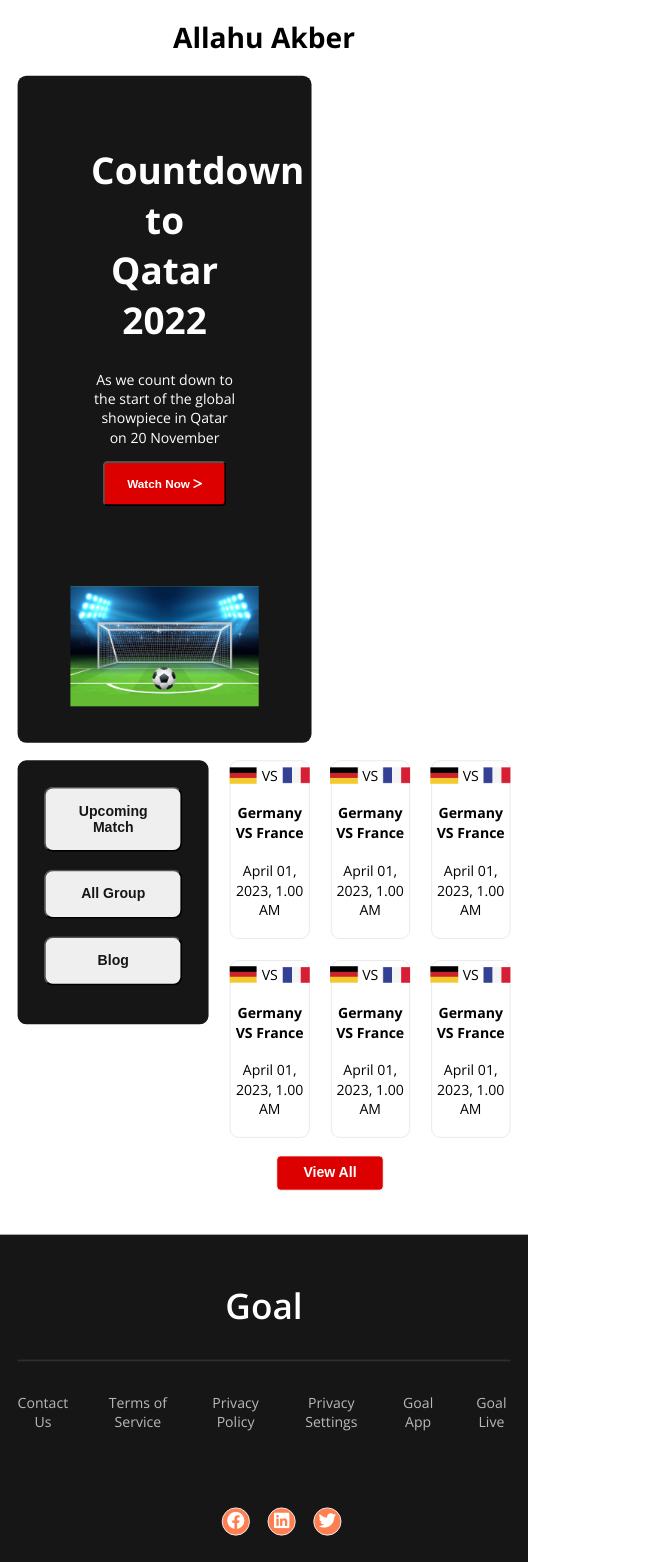
Repository: zjria/Qatar-world-cup
Page: match.html
These files come from the project's save history. The page is drawn as it stood at one moment and after the next save; the edit follows.
The browser window is 600 px wide. The page is 750 px wide, so the pictures cover 750 px, including what lies to the right of the window. The pictures show the whole page, at 88% of full size.

Above is the page before, as saved 2022-09-10 11:28:04.

### match.html
<!DOCTYPE html>
<html lang="en">

<head>
    <meta charset="UTF-8">
    <meta http-equiv="X-UA-Compatible" content="IE=edge">
    <meta name="viewport" content="width=device-width, initial-scale=1.0">
    <title>QATAR WORLD CUP</title>
    <!-- Font Awesome CDN Link -->
    <link rel="stylesheet" href="https://cdnjs.cloudflare.com/ajax/libs/font-awesome/6.2.0/css/all.min.css"
        integrity="sha512-xh6O/CkQoPOWDdYTDqeRdPCVd1SpvCA9XXcUnZS2FmJNp1coAFzvtCN9BmamE+4aHK8yyUHUSCcJHgXloTyT2A=="
        crossorigin="anonymous" referrerpolicy="no-referrer" />
    <!-- Font Awesome CDN Link -->
    <link rel="stylesheet" href="https://cdnjs.cloudflare.com/ajax/libs/font-awesome/6.2.0/css/all.min.css"
        integrity="sha512-xh6O/CkQoPOWDdYTDqeRdPCVd1SpvCA9XXcUnZS2FmJNp1coAFzvtCN9BmamE+4aHK8yyUHUSCcJHgXloTyT2A=="
        crossorigin="anonymous" referrerpolicy="no-referrer" />
    <!-- Custom CSS -->
    <link rel="stylesheet" href="style.css">

</head>

<body>
    <h1 style="text-align:center;">Allahu Akber</h1>


    <!-- Header Section -->
    <header class="header-container">

        <div class="header-text">
            <h1>Countdown to Qatar 2022</h1>
            <p>As we count down to the start of the global showpiece in Qatar on 20 November</p>
            <button>Watch Now <i class="fa-solid fa-greater-than"></i> </button>
        </div>

        <div class="header-img">
            <marquee behavior="alternate" scrollamount="0" direction="">
                <marquee behavior="alternate" scrollamount="0" direction="">
                    <img src="images/Ball.png" class="ball" alt="">
                </marquee>

            </marquee>

        </div>


    </header>


    <!-- Nav Section start HTML -->
    <div class="nav-container">
        <nav class="nav-section">
            <div class="all-button">
                <button><a href="#">Upcoming Match</a></button>
                <button><a href="#">All Group</a></button>
                <button><a href="#">Blog</a></button>
            </div>
        </nav>

        <!-- Main Section Start HTML  -->
        <main class="main-section">

            <div class="transfer">
                <div class="match-vs">
                    <img id="img-style" src="images/germany Flag.png" alt=""> <span>VS</span>
                    <img id="img-style" src="images/Flag.png" alt="">
                </div>
                <div class="match-text">
                    <h4>Germany VS France </h4>
                    <p>April 01, 2023, 1.00 AM</p>
                </div>
            </div>
            <div class="transfer">
                <div class="match-vs">
                    <img id="img-style" src="images/germany Flag.png" alt=""> <span>VS</span>
                    <img id="img-style" src="images/Flag.png" alt="">
                </div>
                <div class="match-text">
                    <h4>Germany VS France </h4>
                    <p>April 01, 2023, 1.00 AM</p>
                </div>
            </div>
            <div class="transfer">
                <div class="match-vs">
                    <img id="img-style" src="images/germany Flag.png" alt=""> <span>VS</span>
                    <img id="img-style" src="images/Flag.png" alt="">
                </div>
                <div class="match-text">
                    <h4>Germany VS France </h4>
                    <p>April 01, 2023, 1.00 AM</p>
                </div>
            </div>
            <div class="transfer">
                <div class="match-vs">
                    <img id="img-style" src="images/germany Flag.png" alt=""> <span>VS</span>
                    <img id="img-style" src="images/Flag.png" alt="">
                </div>
                <div class="match-text">
                    <h4>Germany VS France </h4>
                    <p>April 01, 2023, 1.00 AM</p>
                </div>
            </div>
            <div class="transfer">
                <div class="match-vs">
                    <img id="img-style" src="images/germany Flag.png" alt=""> <span>VS</span>
                    <img id="img-style" src="images/Flag.png" alt="">
                </div>
                <div class="match-text">
                    <h4>Germany VS France </h4>
                    <p>April 01, 2023, 1.00 AM</p>
                </div>
            </div>
            <div class="transfer">
                <div class="match-vs">
                    <img id="img-style" src="images/germany Flag.png" alt=""> <span>VS</span>
                    <img id="img-style" src="images/Flag.png" alt="">
                </div>
                <div class="match-text">
                    <h4>Germany VS France </h4>
                    <p>April 01, 2023, 1.00 AM</p>
                </div>
            </div>

        </main>
    </div>

    <!-- Only Table -->
    <div class="view-all">
        <Button>View All</Button>
    </div>

    <!-- Footer Section start -->
    <div class="footer-container">
        <div class="footer">
            <h2>Goal</h2>
            <hr>
            <div class="footer-text">
                <ul>
                    <li>Contact Us</li>
                    <li>Terms of Service</li>
                    <li>Privacy Policy</li>
                    <li>Privacy Settings</li>
                    <li>Goal App</li>
                    <li>Goal Live</li>
                </ul>
            </div>
        </div>
        <!-- Social Icons start -->
        <div class="social-icons">
            <ul>
                <li><a href="https://web.facebook.com/profile.php?id=100010388645936"><i
                            class="fa-brands fa-facebook"></i></a></li>
                <li><a href="https://www.linkedin.com/in/web-developer-zj/"><i class="fa-brands fa-linkedin"></i></a>
                </li>
                <li><a href="https://twitter.com/webdeveloper_zj"><i class="fa-brands fa-twitter"></i></a></li>
            </ul>
        </div>
    </div>
</body>

</html>

### style.css
/* Google Fonts Link */
@import url('https://fonts.googleapis.com/css2?family=Open+Sans:wght@300;400;500;600;700&family=Poppins:wght@500&family=Roboto:wght@100;300;400;500;700;900&display=swap');

body {
    font-family: 'Open Sans', sans-serif;
    margin: 0%;
    padding: 0%;
    background-color: white;
}

/* Header Section */

.header-container {
    display: flex;
    border-radius: 10px;
    margin-bottom: 130px;
    margin: 20px;
    background: #161616;
}

.header-container .header-text {
    color: #FFFFFF;
    padding: 50px;
    width: 50%;

}

.header-container .header-text h1 {
    font-size: 42px;
    bottom: 20px;
}

.header-container .header-text p {
    font-size: 16px;
}

.header-container .header-text button {
    background: #DD0000;
    border-radius: 5px;
    padding: 16px 25px;
    color: white;
    font-weight: 700;
}

.header-img {
    background: url(images/goal-bar.png);
    background-repeat: no-repeat;
    background-position: center;
    background-size: 90%;
    width: 50%;
}

.header-img .ball {
    justify-content: center;
    align-items: center;
    margin: 0 auto;
    display: flex;
    margin-top: 54%;
}

.header-img img {
    width: 10%;
}

.ball {
    transition: transform 0.3s ease-out;
}

.header-img:hover .ball {
    transform: rotate(90deg);
    transform: translate(280px, -50%);
    padding-top: -60px;
    transform: scale(0.5) translate(-100%, -100%) rotate(0.5turn);

}


/* Nav Section Start */

.nav-container {
    display: flex;
    margin: 20px;
}

.nav-section {
    background: #161616;
    border-radius: 10px;
    margin-right: 24px;
    width: 500px;
    height: 300px;
}

.all-button {
    display: flex;
    flex-direction: column;
    margin: 30px 30px 0px 30px;
}

.all-button button {
    padding: 17px;
    margin-bottom: 20px;
    border-radius: 10px;
    font-weight: 700;
    font-size: 16px;
}

.all-button button a {
    text-decoration: none;
    color: #161616;
}

.all-button button:hover {
    background-color: #DD0000;
    color: white;
}

/* Main Section */
.main-section {
    display: grid;
    grid-template-columns: repeat(3, 1fr);
    grid-column-gap: 24px;
    grid-row-gap: 24px;
}

.transfer {
    border: 1px solid #E8E8E8;
    border-radius: 10px;
    padding: 5px;
}

.transfer .match-vs {
    display: flex;
    justify-content: center;
    align-items: center;
    text-align: center;
}

.transfer .match-text {
    justify-content: center;
    align-items: center;
    text-align: center;
}

.transfer span {
    padding: 0 5px;
}

.button-text {
    padding: 20px;
}

.button-text button {
    padding: 5px 20px;
    border: 1px solid;
    border-radius: 5px;
    font-size: 16px;
    background-color: white;
}

.button-text p {
    font-size: 18px;
    font-weight: 600;
}

.match-vs #img-style {
    width: 40%;
}

.transfer img {
    width: 100%;
}

.container .nav-section {
    width: 312px;
}

.icons {
    display: flex;
    color: rgba(22, 22, 22, 0.7);
    font-size: 16px;
}

.icons p {
    margin-right: 40px;
}

/* Only Table */
.view-all {
    display: flex;
    justify-content: center;
    margin: 0 auto;
    margin-right: -25%;
}

.view-all button {
    padding: 10px 30px;
    border: 1px solid;
    border-radius: 5px;
    font-size: 16px;
    color: white;
    background-color: #DD0000;
    font-weight: 700;
}



/* Footer Container style start */
.footer-container {
    width: 100%;
    background: #161616;
    margin-top: 50px;
}

.footer hr {
    border: 1px solid rgba(255, 255, 255, 0.1);

}

.footer {
    text-align: center;
    justify-content: center;
    align-items: center;
    margin: 0 auto;
    padding: 20px 0px;
}

.footer hr {
    margin: 0px 20px;
}

.footer-container h2 {
    color: #FFFFFF;
    font-weight: 600;
    font-size: 40px;

}

.footer-container .footer-text {
    color: #FFFFFF;
    text-align: center;
    justify-content: center;
    align-items: center;

}

.footer-container .footer-text ul {
    display: flex;
    text-align: center;
    justify-content: center;
    align-items: center;
    /* margin: 0px 20px; */
    padding: 0px;
}

.footer-container .footer-text ul li {
    text-decoration: none;
    list-style: none;
    margin: 20px 20px;
    color: #B9B9B9;
    font-size: 16px;
}

/* Social Icons style start */
.social-icons {
    color: white;
    font-size: 20px;
    margin: 0 auto;
    text-align: center;
    justify-content: center;
    align-items: center;
    display: flex;
}

.social-icons ul {
    display: flex;
}

.social-icons ul li {
    background-color: coral;
    border-radius: 50%;
    width: 30px;
    height: 30px;
    border: 1px solid ghostwhite;
    list-style: none;
    margin: 10px;

}

.social-icons ul li a {
    color: white;
}

/* Media Query styles */
@media only screen and (max-width: 688px) {
    .header-container {
        /* display: flex; */
        /* margin: 20px; */
        /* background: #161616; */
        flex-direction: column;
        text-align: center;
        align-items: center;
        width: 334px;
    }

    .header-img .ball {
        justify-content: center;
        align-items: center;
        margin: 0 auto;
        display: flex;
        margin-top: 31%;
    }

    .header-img {
        /* background: url(images/goal-bar.png); */
        /* background-repeat: no-repeat; */
        /* background-position: center; */
        background-size: 80%;
        width: 80%;
        padding: 50px 0px;
    }

After the next save:
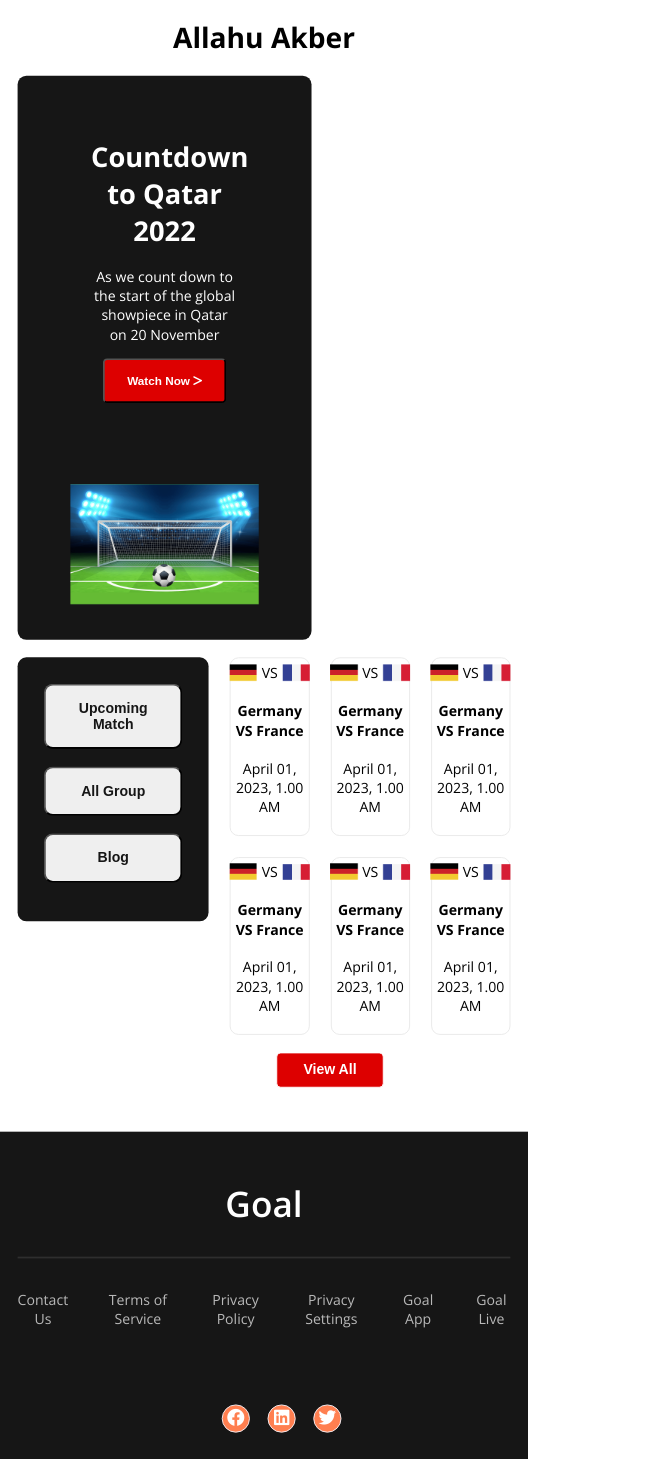
Saved 2 min 43 s later.
--- a/style.css
+++ b/style.css
@@ -292,6 +292,11 @@
 
 /* Media Query styles */
 @media only screen and (max-width: 688px) {
+    .header-container .header-text h1 {
+        font-size: 31px;
+        bottom: 20px;
+    }
+
     .header-container {
         /* display: flex; */
         /* margin: 20px; */
